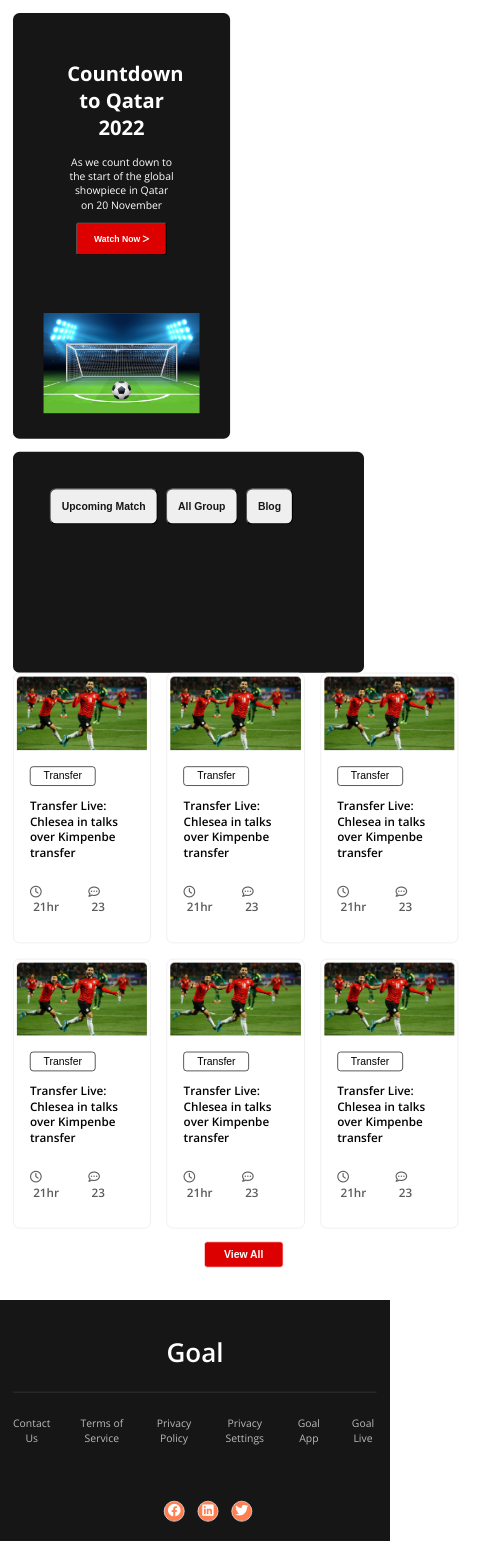
Repository: zjria/Qatar-world-cup
Page: index.html
An editor plug-in stored every save of this project. The page is shown before and after the next save, followed by the edit.
The browser window is 600 px wide. The page is 750 px wide, so the pictures cover 750 px, including what lies to the right of the window. The pictures show the whole page, at 65% of full size.

Above is the page before, as saved 2022-09-10 19:35:08.

### index.html
<!DOCTYPE html>
<html lang="en">

<head>
    <meta charset="UTF-8">
    <meta http-equiv="X-UA-Compatible" content="IE=edge">
    <meta name="viewport" content="width=device-width, initial-scale=1.0">
    <title>QATAR WORLD CUP</title>
    <!-- Font Awesome CDN Link -->
    <link rel="stylesheet" href="https://cdnjs.cloudflare.com/ajax/libs/font-awesome/6.2.0/css/all.min.css"
        integrity="sha512-xh6O/CkQoPOWDdYTDqeRdPCVd1SpvCA9XXcUnZS2FmJNp1coAFzvtCN9BmamE+4aHK8yyUHUSCcJHgXloTyT2A=="
        crossorigin="anonymous" referrerpolicy="no-referrer" />
    <!-- Font Awesome CDN Link -->
    <link rel="stylesheet" href="https://cdnjs.cloudflare.com/ajax/libs/font-awesome/6.2.0/css/all.min.css"
        integrity="sha512-xh6O/CkQoPOWDdYTDqeRdPCVd1SpvCA9XXcUnZS2FmJNp1coAFzvtCN9BmamE+4aHK8yyUHUSCcJHgXloTyT2A=="
        crossorigin="anonymous" referrerpolicy="no-referrer" />
    <!-- Custom CSS -->
    <link rel="stylesheet" href="style.css">

</head>

<body>
    <!-- <h1 style="text-align:center;">Allahu Akber</h1> -->


    <!-- Header Section -->
    <header class="header-container">

        <div class="header-text">
            <h1>Countdown to Qatar 2022</h1>
            <p>As we count down to the start of the global showpiece in Qatar on 20 November</p>
            <button>Watch Now <i class="fa-solid fa-greater-than"></i> </button>
        </div>

        <div class="header-img">
            <marquee behavior="alternate" scrollamount="0" direction="">
                <marquee behavior="alternate" scrollamount="0" direction="">
                    <img src="images/Ball.png" class="ball" alt="">
                </marquee>

            </marquee>

        </div>


    </header>


    <!-- Nav Section start HTML -->
    <div class="nav-container">
        <nav class="nav-section">
            <div class="all-button">
                <button><a href="match.html">Upcoming Match</a></button>
                <button><a href="#">All Group</a></button>
                <button><a href="index.html">Blog</a></button>
            </div>
        </nav>

        <!-- Main Section Start HTML  -->
        <main class="main-section">
            <div class="transfer">
                <img src="images/Blog Image.png" alt=""> <br>
                <div class="button-text">
                    <button>Transfer</button>
                    <p>Transfer Live: Chlesea in talks over Kimpenbe transfer</p>
                    <div class="icons">
                        <p><i class="fa-regular fa-clock"></i> <span>21hr</span></p>
                        <p><i class="fa-regular fa-comment-dots"></i> <span> 23</span></p>
                    </div>
                </div>
            </div>
            <div class="transfer">
                <img src="images/Blog Image.png" alt=""> <br>
                <div class="button-text">
                    <button>Transfer</button>
                    <p>Transfer Live: Chlesea in talks over Kimpenbe transfer</p>
                    <div class="icons">
                        <p><i class="fa-regular fa-clock"></i> <span>21hr</span></p>
                        <p><i class="fa-regular fa-comment-dots"></i> <span> 23</span></p>
                    </div>
                </div>
            </div>
            <div class="transfer">
                <img src="images/Blog Image.png" alt=""> <br>
                <div class="button-text">
                    <button>Transfer</button>
                    <p>Transfer Live: Chlesea in talks over Kimpenbe transfer</p>
                    <div class="icons">
                        <p><i class="fa-regular fa-clock"></i> <span>21hr</span></p>
                        <p><i class="fa-regular fa-comment-dots"></i> <span> 23</span></p>
                    </div>
                </div>
            </div>
            <div class="transfer">
                <img src="images/Blog Image.png" alt=""> <br>
                <div class="button-text">
                    <button>Transfer</button>
                    <p>Transfer Live: Chlesea in talks over Kimpenbe transfer</p>
                    <div class="icons">
                        <p><i class="fa-regular fa-clock"></i> <span>21hr</span></p>
                        <p><i class="fa-regular fa-comment-dots"></i> <span> 23</span></p>
                    </div>
                </div>
            </div>
            <div class="transfer">
                <img src="images/Blog Image.png" alt=""> <br>
                <div class="button-text">
                    <button>Transfer</button>
                    <p>Transfer Live: Chlesea in talks over Kimpenbe transfer</p>
                    <div class="icons">
                        <p><i class="fa-regular fa-clock"></i> <span>21hr</span></p>
                        <p><i class="fa-regular fa-comment-dots"></i> <span> 23</span></p>
                    </div>
                </div>
            </div>
            <div class="transfer">
                <img src="images/Blog Image.png" alt=""> <br>
                <div class="button-text">
                    <button>Transfer</button>
                    <p>Transfer Live: Chlesea in talks over Kimpenbe transfer</p>
                    <div class="icons">
                        <p><i class="fa-regular fa-clock"></i> <span>21hr</span></p>
                        <p><i class="fa-regular fa-comment-dots"></i> <span> 23</span></p>
                    </div>
                </div>
            </div>
        </main>
    </div>

    <!-- Only Table -->
    <div class="view-all">
        <Button>View All</Button>
    </div>

    <!-- Footer Section start -->
    <div class="footer-container">
        <div class="footer">
            <h2>Goal</h2>
            <hr>
            <div class="footer-text">
                <ul>
                    <li>Contact Us</li>
                    <li>Terms of Service</li>
                    <li>Privacy Policy</li>
                    <li>Privacy Settings</li>
                    <li>Goal App</li>
                    <li>Goal Live</li>
                </ul>
            </div>
        </div>
        <!-- Social Icons start -->
        <div class="social-icons">
            <ul>
                <li><a href="https://web.facebook.com/profile.php?id=100010388645936"><i
                            class="fa-brands fa-facebook"></i></a></li>
                <li><a href="https://www.linkedin.com/in/web-developer-zj/"><i class="fa-brands fa-linkedin"></i></a>
                </li>
                <li><a href="https://twitter.com/webdeveloper_zj"><i class="fa-brands fa-twitter"></i></a></li>
            </ul>
        </div>
    </div>
</body>

</html>

### style.css
/* Google Fonts Link */
@import url('https://fonts.googleapis.com/css2?family=Open+Sans:wght@300;400;500;600;700&family=Poppins:wght@500&family=Roboto:wght@100;300;400;500;700;900&display=swap');

body {
    font-family: 'Open Sans', sans-serif;
    margin: 0%;
    padding: 0%;
    background-color: white;
}

/* Header Section */

.header-container {
    display: flex;
    border-radius: 10px;
    margin-bottom: 130px;
    margin: 20px;
    background: #161616;
}

.header-container .header-text {
    color: #FFFFFF;
    padding: 50px;
    width: 50%;

}

.header-container .header-text h1 {
    font-size: 42px;
    bottom: 20px;
}

.header-container .header-text p {
    font-size: 16px;
}

.header-container .header-text button {
    background: #DD0000;
    border-radius: 5px;
    padding: 16px 25px;
    color: white;
    font-weight: 700;
}

.header-img {
    background: url(images/goal-bar.png);
    background-repeat: no-repeat;
    background-position: center;
    background-size: 90%;
    width: 50%;
}

.header-img .ball {
    justify-content: center;
    align-items: center;
    margin: 0 auto;
    display: flex;
    margin-top: 54%;
}

.header-img img {
    width: 10%;
}

.ball {
    transition: transform 0.3s ease-out;
}

.header-img:hover .ball {
    transform: rotate(90deg);
    transform: translate(280px, -50%);
    padding-top: -60px;
    transform: scale(0.5) translate(-100%, -100%) rotate(0.5turn);

}


/* Nav Section Start */

.nav-container {
    display: flex;
    margin: 20px;
    flex-direction: column;
}

.nav-section {
    background: #161616;
    border-radius: 10px;
    margin-right: 24px;
    width: 500px;
    height: 300px;
}

.all-button {
    display: flex;
    flex-direction: column;
    margin: 30px 30px 0px 30px;
}

.all-button button {
    padding: 17px;
    margin-bottom: 20px;
    border-radius: 10px;
    font-weight: 700;
    font-size: 16px;
}

.all-button button a {
    text-decoration: none;
    color: #161616;
}

.all-button button:hover {
    background-color: #DD0000;
    color: white;
}

/* Main Section */
.main-section {
    display: grid;
    grid-template-columns: repeat(3, 1fr);
    grid-column-gap: 24px;
    grid-row-gap: 24px;
}

.transfer {
    border: 1px solid #E8E8E8;
    border-radius: 10px;
    padding: 5px;
}

.transfer .match-vs {
    display: flex;
    justify-content: center;
    align-items: center;
    text-align: center;
}

.transfer .match-text {
    justify-content: center;
    align-items: center;
    text-align: center;
}

.transfer span {
    padding: 0 5px;
}

.button-text {
    padding: 20px;
}

.button-text button {
    padding: 5px 20px;
    border: 1px solid;
    border-radius: 5px;
    font-size: 16px;
    background-color: white;
}

.button-text p {
    font-size: 18px;
    font-weight: 600;
}

.match-vs #img-style {
    width: 40%;
}

.transfer img {
    width: 100%;
}

.container .nav-section {
    width: 312px;
}

.icons {
    display: flex;
    color: rgba(22, 22, 22, 0.7);
    font-size: 16px;
}

.icons p {
    margin-right: 40px;
}

/* Only Table */
.view-all {
    display: flex;
    justify-content: center;
    margin: 0 auto;
    margin-right: -25%;
}

.view-all button {
    padding: 10px 30px;
    border: 1px solid;
    border-radius: 5px;
    font-size: 16px;
    color: white;
    background-color: #DD0000;
    font-weight: 700;
}



/* Footer Container style start */
.footer-container {
    width: 100%;
    background: #161616;
    margin-top: 50px;
}

.footer hr {
    border: 1px solid rgba(255, 255, 255, 0.1);

}

.footer {
    text-align: center;
    justify-content: center;
    align-items: center;
    margin: 0 auto;
    padding: 20px 0px;
}

.footer hr {
    margin: 0px 20px;
}

.footer-container h2 {
    color: #FFFFFF;
    font-weight: 600;
    font-size: 40px;

}

.footer-container .footer-text {
    color: #FFFFFF;
    text-align: center;
    justify-content: center;
    align-items: center;

}

.footer-container .footer-text ul {
    display: flex;
    text-align: center;
    justify-content: center;
    align-items: center;
    /* margin: 0px 20px; */
    padding: 0px;
}

.footer-container .footer-text ul li {
    text-decoration: none;
    list-style: none;
    margin: 20px 20px;
    color: #B9B9B9;
    font-size: 16px;
}

/* Social Icons style start */
.social-icons {
    color: white;
    font-size: 20px;
    margin: 0 auto;
    text-align: center;
    justify-content: center;
    align-items: center;
    display: flex;
}

.social-icons ul {
    display: flex;
}

.social-icons ul li {
    background-color: coral;
    border-radius: 50%;
    width: 30px;
    height: 30px;
    border: 1px solid ghostwhite;
    list-style: none;
    margin: 10px;

}

.social-icons ul li a {
    color: white;
}

/* Media Query styles */
@media only screen and (max-width: 688px) {
    .header-container .header-text h1 {
        font-size: 31px;
        bottom: 20px;
    }

    .header-container {
        /* display: flex; */
        /* margin: 20px; */
        /* background: #161616; */
        flex-direction: column;
        text-align: center;
        align-items: center;
        width: 334px;
    }

    .header-img .ball {
        justify-content: center;
        align-items: center;
        margin: 0 auto;
        display: flex;
        margin-top: 31%;
    }

    .header-img {
        /* background: url(images/goal-bar.png); */
        /* background-repeat: no-repeat; */
        /* background-position: center; */
        background-size: 80%;
        width: 90%;
        padding: 50px 0px;
    }

    .all-button {
        display: flex;
        flex-direction: row;
        margin: 30px 30px 0px 30px;
    }

    .all-button button {
        padding: 17px;
        margin: 6px;
        border-radius: 10px;
        font-weight: 700;
        font-size: 16px;
    }

    .nav-section {
        background: #161616;
        border-radius: 10px;
        margin-right: 45px;
        /* width: 500px; */
        /* height: 300px; */
        padding: 20px;
    }
}

After the next save:
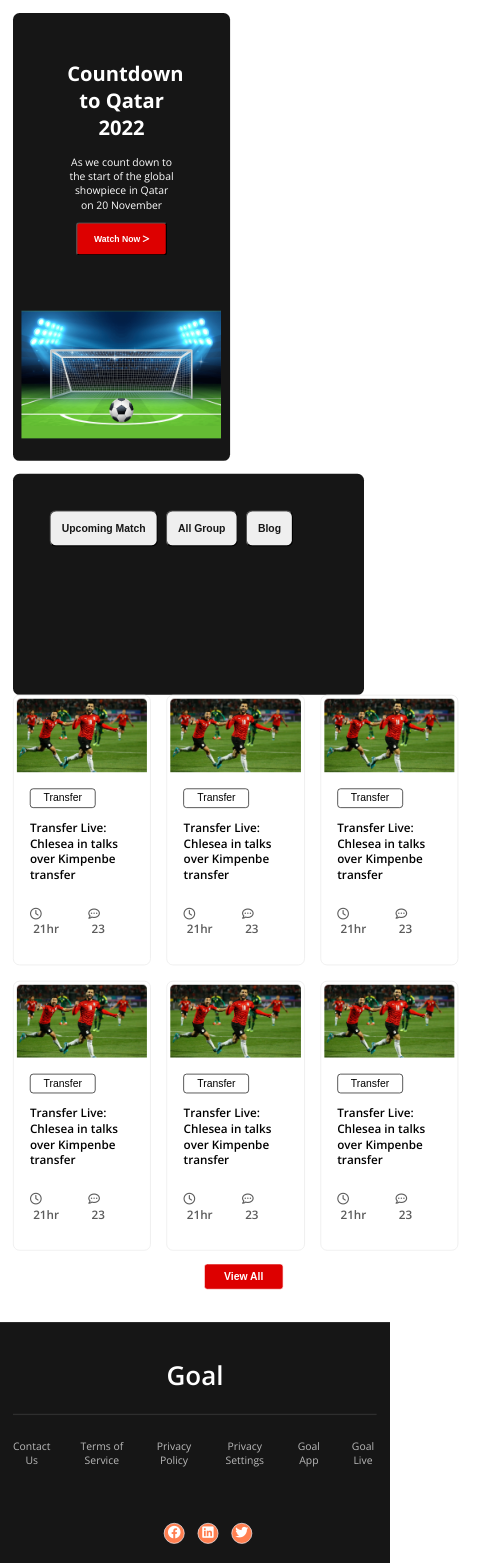
Saved 2 min 1 s later.
--- a/style.css
+++ b/style.css
@@ -321,7 +321,7 @@
         /* background-repeat: no-repeat; */
         /* background-position: center; */
         background-size: 80%;
-        width: 90%;
+        width: 115%;
         padding: 50px 0px;
     }
 
